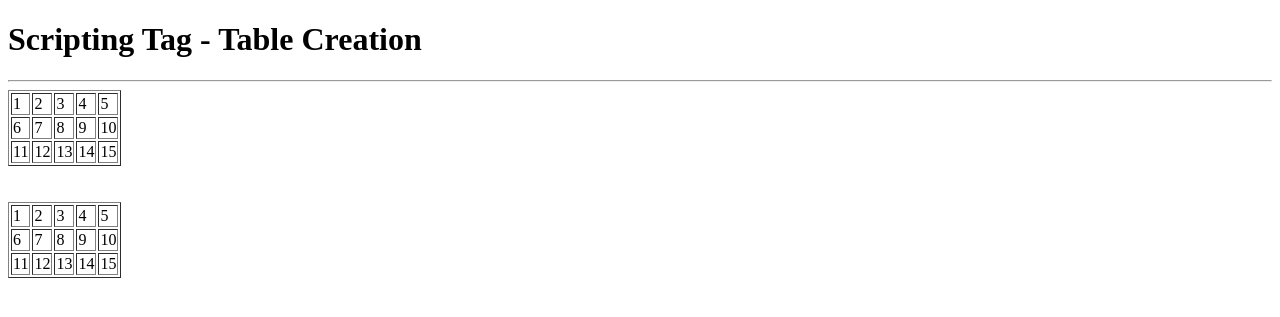
Repository: an-sehyeon/web_inworld
Page: http://localhost/web/04_script_test.jsp
These files come from the project's save history. The page is drawn as it stood at one moment and after the next save; the edit follows.
The browser window is 1280 px wide. The pictures show the whole page.
The page is served by Tomcat 10. Other server files are loaded and not shown.

Above is the page before, as saved 2024-12-14 13:10:02.

### web_inwolrd/04_Servlet/dev/web/src/main/webapp/04_script_test.jsp
<%@ page language="java" contentType="text/html; charset=UTF-8"
    pageEncoding="UTF-8"%>
<!DOCTYPE html>
<html>
<head>
<meta charset="UTF-8">
<title>Script Test - Table Creation</title>
</head>
<body>
	<h1>Scripting Tag - Table Creation</h1>
	<hr>
	<!-- Manual Job -->
	<table border ="1">
		<tr><td>1</td><td>2</td><td>3</td><td>4</td><td>5</td></tr>
		<tr><td>6</td><td>7</td><td>8</td><td>9</td><td>10</td></tr>
		<tr><td>11</td><td>12</td><td>13</td><td>14</td><td>15</td></tr>
	</table>
	<br><br>

	<!-- Using JSP -->
	<table border="1">
	<%
		for(int i=0; i<3; i++){
	%>
			<tr>
	<%
				for(int j=0; j<5; j++){
	%>
					<td><%=(i*5 + j + 1)%></td>
	<%
				}
	%>
			</tr>
	<%
		}
	%>
	</table>

</body>
</html>

After the next save:
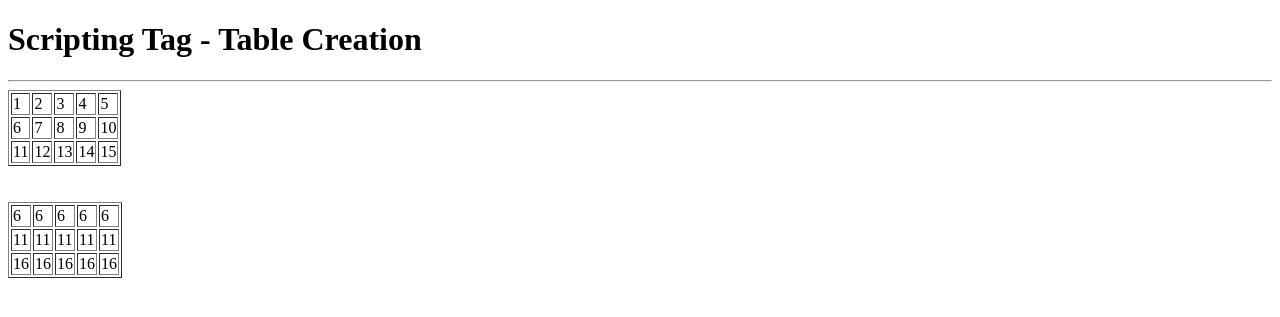
Saved 2 min 2 s later.
--- a/web_inwolrd/04_Servlet/dev/web/src/main/webapp/04_script_test.jsp
+++ b/web_inwolrd/04_Servlet/dev/web/src/main/webapp/04_script_test.jsp
@@ -20,13 +20,15 @@
 	<!-- Using JSP -->
 	<table border="1">
 	<%
-		for(int i=0; i<3; i++){
+		final int ROWS = 3;
+		final int COLS = 5;
+		for(int i=0; i<ROWS; i++){
 	%>
 			<tr>
 	<%
-				for(int j=0; j<5; j++){
+				for(int j=0; j<COLS; j++){
 	%>
-					<td><%=(i*5 + j + 1)%></td>
+					<td><%=(i*5 + COLS + 1)%></td>
 	<%
 				}
 	%>
